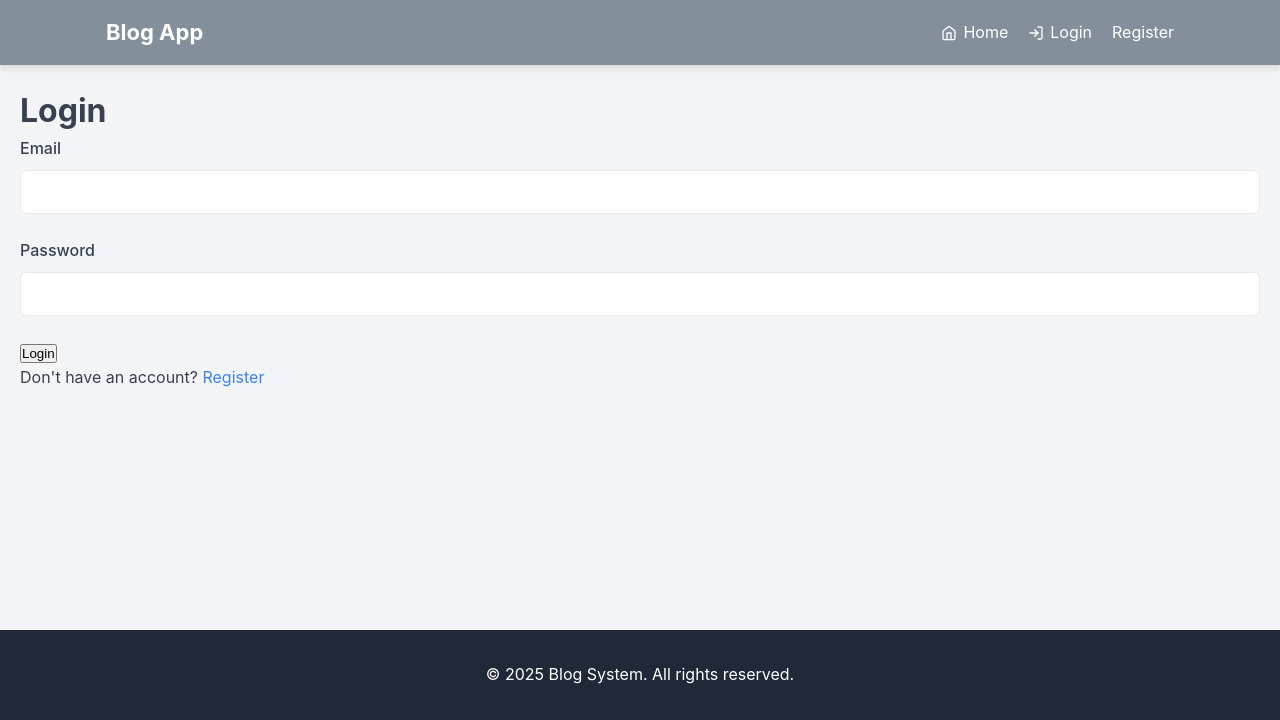
Repository: Vicae-a/Blog
Page: /profile (app in frontend/)
These files come from the project's save history. The page is drawn as it stood at one moment and after a run of saves; the edit follows.
The browser window is 1280 px wide. The pictures show the whole page.
The project was rebuilt for these pictures with package versions that can differ from the ones it lists, and the page was loaded fresh each time. Also part of the build but not shown: frontend/vite.config.js, frontend/src/components/PostCard.jsx, frontend/src/components/Pagination.jsx, frontend/src/components/SearchBar.jsx, frontend/src/pages/Home.jsx, frontend/src/pages/Register.jsx, frontend/src/components/Comment.jsx, frontend/src/components/CommentForm.jsx and 5 more.

Above is the page before, as saved 2025-03-29 23:23:47.

### frontend/src/main.jsx
import React from 'react';
import ReactDOM from 'react-dom/client';
import { BrowserRouter } from 'react-router-dom';
import App from './App';


const root = ReactDOM.createRoot(document.getElementById('root'));

root.render(
  <BrowserRouter>
    <App />
  </BrowserRouter>
);

### frontend/src/App.jsx
// src/App.jsx
import { BrowserRouter as Router, Routes, Route, Navigate, useLocation } from 'react-router-dom';

import { QueryClient, QueryClientProvider } from "@tanstack/react-query";
import { ToastContainer } from 'react-toastify';
import { AuthProvider, useAuth } from './context/AuthContext';
import Navbar from './components/Navbar';
import Footer from './components/Footer';
import Home from './pages/Home';
import Login from './pages/Login';
import Register from './pages/Register';
import PostDetail from './pages/PostDetail';
import CreatePost from './pages/CreatePost';
import EditPost from './pages/EditPost';
import Profile from './pages/Profile';
import NotFound from './pages/NotFound';
import 'react-toastify/dist/ReactToastify.css';
import './App.css';

const queryClient = new QueryClient({
  defaultOptions: {
    queries: {
      retry: 1,
      refetchOnWindowFocus: false,
    },
  },
});

// Protected route component
const ProtectedRoute = ({ children }) => {
  const { user, loading } = useAuth();
  const location = useLocation();

  if (loading) return <div className="loading">Loading...</div>;

  if (!user) {
    return <Navigate to="/login" replace state={{ from: location.pathname }} />;
  }

  return children;
};

// Guest-only route component
const GuestRoute = ({ children }) => {
  const { user, loading } = useAuth();

  if (loading) return <div className="loading">Loading...</div>;

  if (user) {
    return <Navigate to="/" replace />;
  }

  return children;
};

function App() {
  return (
    <QueryClientProvider client={queryClient}>
      <AuthProvider>

          <div className="app-container">
            <Navbar />
            <main className="main-content">
              <Routes>
                {/* Public routes */}
                <Route path="/" element={<Home />} />
                <Route path="/posts/:id" element={<PostDetail />} />

                {/* Guest-only routes */}
                <Route
                  path="/login"
                  element={
                    <GuestRoute>
                      <Login />
                    </GuestRoute>
                  }
                />
                <Route
                  path="/register"
                  element={
                    <GuestRoute>
                      <Register />
                    </GuestRoute>
                  }
                />

                {/* Protected routes */}
                <Route
                  path="/posts/create"
                  element={
                    <ProtectedRoute>
                      <CreatePost />
                    </ProtectedRoute>
                  }
                />
                <Route
                  path="/posts/:id/edit"
                  element={
                    <ProtectedRoute>
                      <EditPost />
                    </ProtectedRoute>
                  }
                />
                <Route
                  path="/profile"
                  element={
                    <ProtectedRoute>
                      <Profile />
                    </ProtectedRoute>
                  }
                />

                {/* 404 Not Found */}
                <Route path="*" element={<NotFound />} />
              </Routes>
            </main>
            <Footer />
            <ToastContainer
              position="bottom-right"
              autoClose={5000}
              hideProgressBar={false}
              newestOnTop
              closeOnClick
              rtl={false}
              pauseOnFocusLoss
              draggable
              pauseOnHover
              theme="light"
            />
          </div>

      </AuthProvider>
    </QueryClientProvider>
  );
}

export default App;

### frontend/src/context/AuthContext.jsx
// src/context/AuthContext.jsx
import { createContext, useState, useEffect, useContext } from 'react';
import { authAPI } from '../services/api';
import { useNavigate } from 'react-router-dom';
import { toast } from 'react-toastify';

const AuthContext = createContext(null);

export const AuthProvider = ({ children }) => {
  const [user, setUser] = useState(null);
  const [loading, setLoading] = useState(true);
  const navigate = useNavigate();

  // Load user from localStorage on mount
  useEffect(() => {
    const storedUser = localStorage.getItem('user');
    if (storedUser) {
      setUser(JSON.parse(storedUser));
    }
  }, []);

  // Check if user is logged in on mount
  useEffect(() => {
    const checkUser = async () => {
      try {
        const token = localStorage.getItem('token');
        if (token) {
          const response = await authAPI.getCurrentUser();
          setUser(response.data.data.user);
        }
      } catch (error) {
        console.error('Authentication error:', error);
        logout();
      } finally {
        setLoading(false);
      }
    };

    checkUser();
  }, []);

  const register = async (userData) => {
    try {
      const response = await authAPI.register(userData);
      const { user, token } = response.data.data;

      localStorage.setItem('token', token);
      localStorage.setItem('user', JSON.stringify(user));
      setUser(user);

      toast.success('Registration successful!');
      navigate('/');
      return true;
    } catch (error) {
      const errorMessage = error.response?.data?.message || 'Registration failed. Please try again.';
      toast.error(errorMessage);
      return false;
    }
  };

  const login = async (credentials) => {
    try {
      const response = await authAPI.login(credentials);
      const { user, token } = response.data.data;

      localStorage.setItem('token', token);
      localStorage.setItem('user', JSON.stringify(user));
      setUser(user);

      toast.success('Login successful!');
      navigate('/');
      return true;
    } catch (error) {
      const errorMessage = error.response?.data?.message || 'Login failed. Please check your credentials.';
      toast.error(errorMessage);
      return false;
    }
  };

  const logout = () => {
    localStorage.clear();
    setUser(null);
    toast.success('Logged out successfully');
    navigate('/login');
  };

  const updateProfile = async (userData) => {
    try {
      const response = await authAPI.updateProfile(userData);
      const updatedUser = response.data.data.user;

      setUser(updatedUser);
      localStorage.setItem('user', JSON.stringify(updatedUser));

      toast.success('Profile updated successfully');
      return true;
    } catch (error) {
      const errorMessage = error.response?.data?.message || 'Failed to update profile. Please try again.';
      toast.error(errorMessage);
      return false;
    }
  };

  return (
    <AuthContext.Provider
      value={{
        user,
        loading,
        register,
        login,
        logout,
        updateProfile,
        isAuthenticated: !!user
      }}
    >
      {children}
    </AuthContext.Provider>
  );
};

export const useAuth = () => {
  const context = useContext(AuthContext);
  if (!context) {
    throw new Error('useAuth must be used within an AuthProvider');
  }
  return context;
};

### frontend/src/components/Navbar.jsx
import { useState } from "react";
import { Link } from "react-router-dom";
import { useAuth } from "../context/AuthContext";
import { FiMenu, FiX, FiUser, FiLogOut, FiPlus, FiHome, FiLogIn } from "react-icons/fi";
import "../assets/css/Navbar.css"; // Import the CSS file

const Navbar = () => {
  const { user, logout, isAuthenticated } = useAuth();
  const [isOpen, setIsOpen] = useState(false);
  const [isDropdownOpen, setIsDropdownOpen] = useState(false);

  return (
    <nav className="navbar">
      <div className="container">

        {/* Logo */}
        <Link to="/" className="logo">Blog App</Link>

        {/* Mobile Menu Toggle */}
        <button
          className="menu-toggle"
          onClick={() => setIsOpen(!isOpen)}
        >
          {isOpen ? <FiX /> : <FiMenu />}
        </button>

        {/* Navbar Links */}
        <div className={`nav-links ${isOpen ? "active" : ""}`}>
          <Link to="/" className="nav-item">
            <FiHome /> Home
          </Link>

          {isAuthenticated ? (
            <>
              <Link to="/posts/create" className="nav-item">
                <FiPlus /> New Post
              </Link>

              {/* User Dropdown */}
              <div className="nav-item dropdown">
                <button
                  onClick={() => setIsDropdownOpen(!isDropdownOpen)}
                  className="dropdown-btn"
                >
                  <FiUser /> {user.name}
                </button>

                {/* Dropdown Menu */}
                {isDropdownOpen && (
                  <div className="dropdown-menu">
                    <Link to="/profile" className="dropdown-item">Profile</Link>
                    <button
                      onClick={logout}
                      className="dropdown-item logout"
                    >
                      <FiLogOut /> Logout
                    </button>
                  </div>
                )}
              </div>
            </>
          ) : (
            <>
              <Link to="/login" className="nav-item">
                <FiLogIn /> Login
              </Link>
              <Link to="/register" className="nav-item">Register</Link>
            </>
          )}
        </div>
      </div>
    </nav>
  );
};

export default Navbar;

### frontend/src/components/Footer.jsx
// src/components/Footer.jsx
const Footer = () => {
    const currentYear = new Date().getFullYear();

    return (
      <footer className="site-footer">
        <div className="container">
          <div className="footer-content">
            <p>&copy; {currentYear} Blog System. All rights reserved.</p>
          </div>
        </div>
      </footer>
    );
  };

  export default Footer;

### frontend/src/pages/Login.jsx
import { useState } from 'react';
import { Link } from 'react-router-dom';
import { useAuth } from '../context/AuthContext';

const Login = () => {
  const [formData, setFormData] = useState({
    email: '',
    password: '',
  });
  const [errors, setErrors] = useState({});
  const [isSubmitting, setIsSubmitting] = useState(false);
  const { login } = useAuth();

  const handleChange = (e) => {
    const { name, value } = e.target;
    setFormData({
      ...formData,
      [name]: value,
    });
    // Clear error when user types
    if (errors[name]) {
      setErrors({
        ...errors,
        [name]: '',
      });
    }
  };

  const validate = () => {
    const newErrors = {};
    if (!formData.email) newErrors.email = 'Email is required';
    if (!formData.password) newErrors.password = 'Password is required';
    return newErrors;
  };

  const handleSubmit = async (e) => {
    e.preventDefault();

    const newErrors = validate();
    if (Object.keys(newErrors).length > 0) {
      setErrors(newErrors);
      return;
    }

    setIsSubmitting(true);

    try {
      await login(formData);
    } catch (error) {
      console.error('Login failed:', error);
    } finally {
      setIsSubmitting(false);
    }
  };

  return (
    <div className="auth-page">
      <div className="auth-container">
        <h1>Login</h1>
        <form onSubmit={handleSubmit}>
          <div className="form-group">
            <label htmlFor="email">Email</label>
            <input
              type="email"
              id="email"
              name="email"
              value={formData.email}
              onChange={handleChange}
            />
            {errors.email && <span className="error">{errors.email}</span>}
          </div>

          <div className="form-group">
            <label htmlFor="password">Password</label>
            <input
              type="password"
              id="password"
              name="password"
              value={formData.password}
              onChange={handleChange}
            />
            {errors.password && <span className="error">{errors.password}</span>}
          </div>

          <button
            type="submit"
            disabled={isSubmitting}
            className="auth-button"
          >
            {isSubmitting ? 'Logging in...' : 'Login'}
          </button>
        </form>

        <div className="auth-links">
          <p>
            Don't have an account? <Link to="/register">Register</Link>
          </p>
        </div>
      </div>
    </div>
  );
};

export default Login;

### frontend/src/assets/css/Navbar.css
/* Navbar Container */
.navbar {
    background-color: #455769a3;
    color: white;
    padding: 15px 20px;
    position: relative;
    box-shadow: 0 4px 6px rgba(0, 0, 0, 0.1);
  }

  .navbar .container {
    display: flex;
    justify-content: space-between;
    align-items: center;
    max-width: 1100px;
    margin: 0 auto;
  }

  /* Logo */
  .navbar .logo {
    font-size: 22px;
    font-weight: bold;
    text-decoration: none;
    color: white;
  }

  /* Navbar Links */
  .navbar .nav-links {
    display: flex;
    gap: 20px;
    align-items: center;
  }

  .navbar .nav-item {
    text-decoration: none;
    color: white;
    font-size: 16px;
    display: flex;
    align-items: center;
    gap: 6px;
    transition: color 0.3s;
  }

  .navbar .nav-item:hover {
    color: #ffcc00;
  }

  /* Dropdown */
  .navbar .dropdown {
    position: relative;
  }

  .navbar .dropdown-btn {
    background: none;
    border: none;
    color: white;
    font-size: 16px;
    display: flex;
    align-items: center;
    cursor: pointer;
  }

  /* Dropdown Menu */
  .navbar .dropdown-menu {
    position: absolute;
    top: 40px;
    right: 0;
    background: white;
    color: black;
    width: 160px;
    border-radius: 5px;
    box-shadow: 0 4px 6px rgba(0, 0, 0, 0.1);
    display: none; /* Hide initially */
    flex-direction: column;
    z-index: 1000;
  }

  .navbar .dropdown.open .dropdown-menu {
    display: flex; /* Show dropdown when open */
  }

  .navbar .dropdown-item {
    padding: 10px;
    display: flex;
    align-items: center;
    gap: 6px;
    cursor: pointer;
    text-decoration: none;
    color: black;
    transition: background 0.3s;
  }

  .navbar .dropdown-item:hover {
    background: #f1f1f1;
  }

  .navbar .logout {
    color: red;
  }

  /* Mobile Menu */
  .navbar .menu-toggle {
    display: none;
    font-size: 22px;
    background: none;
    border: none;
    color: white;
    cursor: pointer;
  }

  @media (max-width: 768px) {
    .navbar .menu-toggle {
      display: block;
    }

    .navbar .nav-links {
      display: none;
      flex-direction: column;
      gap: 10px;
      position: absolute;
      top: 60px;
      right: 10px;
      background: #3d4e6076;
      width: 200px;
      border-radius: 5px;
      box-shadow: 0 4px 6px rgba(0, 0, 0, 0.1);
    }

    .navbar .nav-links.active {
      display: flex;
    }
  }

Loaded but not shown: frontend/index.html (common file); frontend/src/services/api.js (104 lines, source omitted); frontend/src/App.css (712 lines, source omitted)

After the next 2 saves:
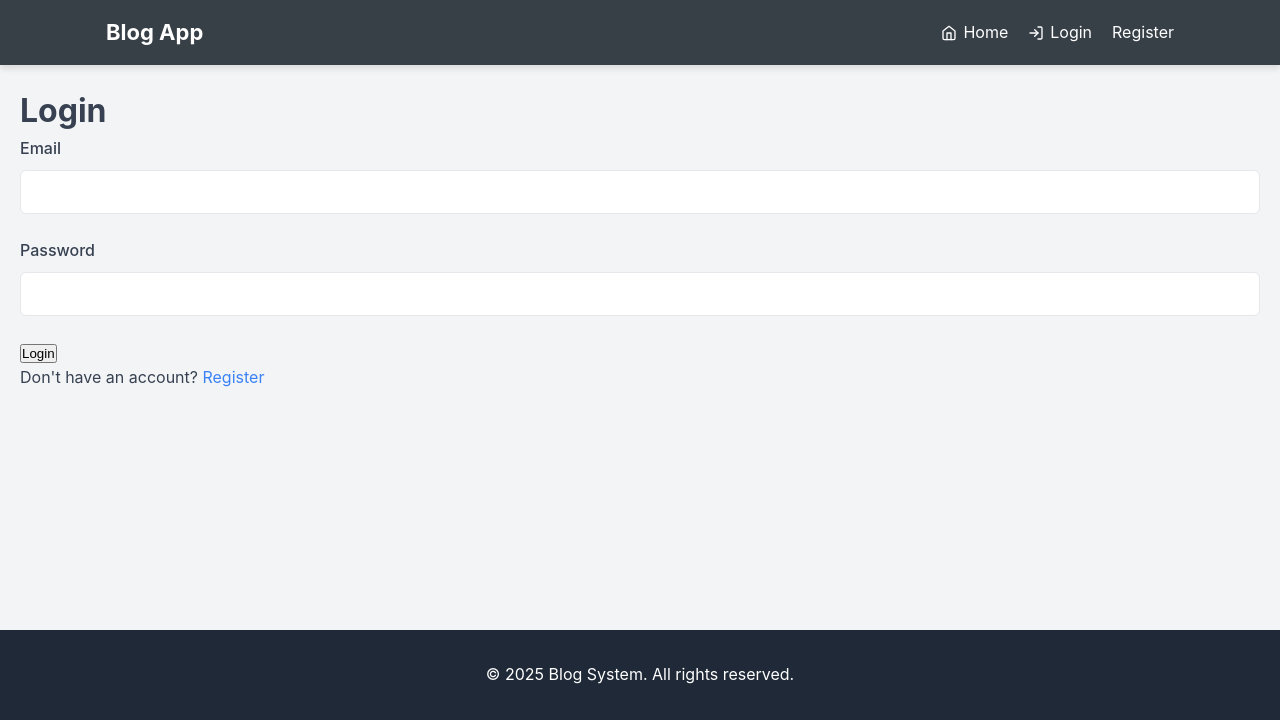
The 2 saves are shown as one change because they came seconds apart.
The last was saved 8 s later.
--- a/frontend/src/assets/css/Navbar.css
+++ b/frontend/src/assets/css/Navbar.css
@@ -1,6 +1,6 @@
 /* Navbar Container */
 .navbar {
-    background-color: #455769a3;
+    background-color: #373f47;
     color: white;
     padding: 15px 20px;
     position: relative;
